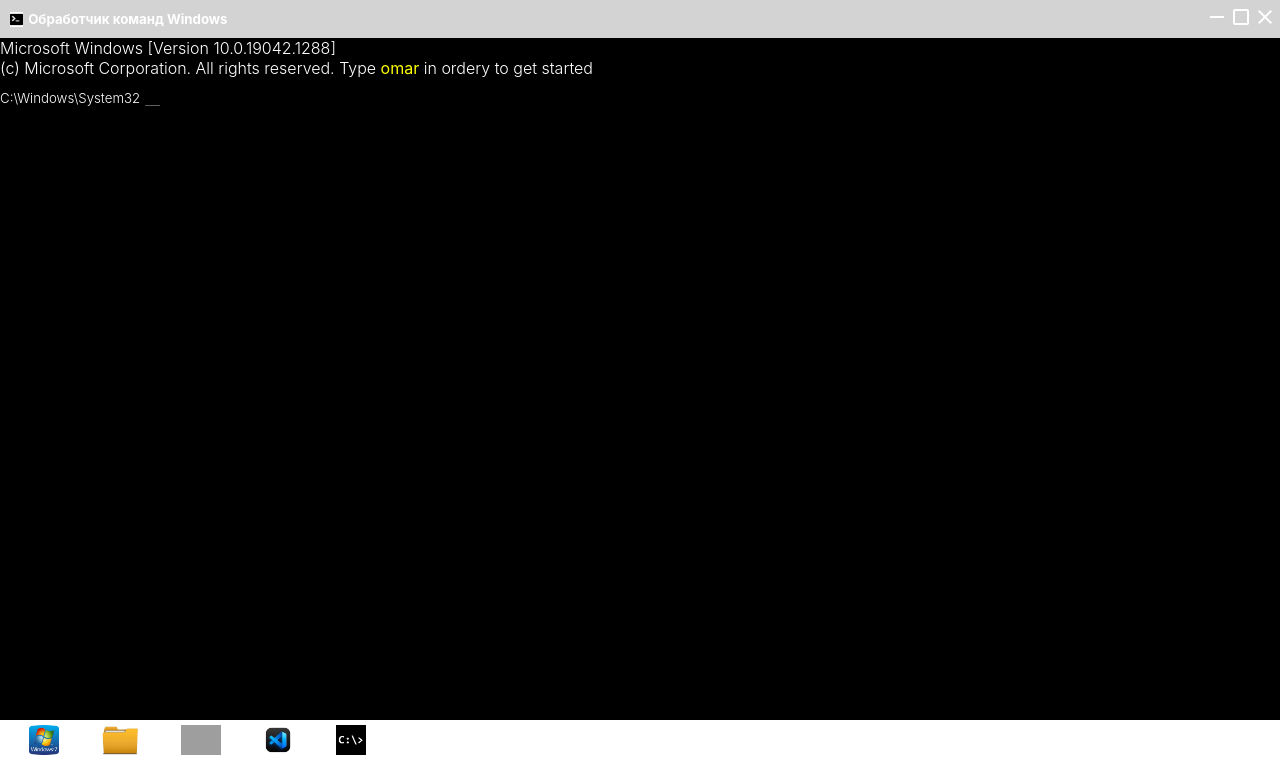
Repository: om1ars/cmd-port
Page: /
An editor plug-in stored every save of this project. The page is shown before and after the next save, followed by the edit.
The browser window is 1280 px wide. The pictures show the whole page.
Pictures or frames that could not be fetched are drawn as grey boxes. The project was rebuilt for these pictures with package versions that can differ from the ones it lists, and the page was loaded fresh each time. Also part of the build but not shown: src/Footer.js.

Above is the page before, as saved 2021-11-04 17:15:02.

### src/index.css
* {
  margin: 0;
  overflow-x: hidden;
}
body {
  margin: 0;
  font-family: -apple-system, BlinkMacSystemFont, 'Segoe UI', 'Roboto', 'Oxygen',
    'Ubuntu', 'Cantarell', 'Fira Sans', 'Droid Sans', 'Helvetica Neue',
    sans-serif;
  -webkit-font-smoothing: antialiased;
  -moz-osx-font-smoothing: grayscale;
}

code {
  font-family: source-code-pro, Menlo, Monaco, Consolas, 'Courier New',
    monospace;
}

### src/App.js
import { Close, CropSquare, Fastfood, Remove } from "@material-ui/icons";
import { useState } from "react";
import cmd from "./assets/cdm3.png";
import { Footer } from "./Footer";
import "./styles.css";
import cdm from "./assets/cdm.png";
import vs from "./assets/vs.jpg";
import google from "./assets/google.png";
import folderd from "./assets/folderd.jpg";
import windows from "./assets/windows.jpg";


function App() {
  const [state, setState] = useState("");
  const [stateSecond, setStateSecond] = useState("");
  const [omar, setOmar] = useState("");
  const [please, setPlease] = useState("");
  const [port, setPort] = useState("");
  const [about, setAbout] = useState("");
  const [exit, setExit] = useState("");
  const [shrink, setShrink] = useState(false);
  const [closeIcon, setCloseIcon] = useState(false);

  console.log(state);

  const handleSubmit = (e) => {
    e.preventDefault();
    setState("");
  };

  const handleSubmitSecond = (e) => {
    e.preventDefault();
    setStateSecond("");
  };

  const handleClick = () => {
    if (state === "omar") {
      setOmar("omar");
      setPlease("");
    } else if (state === "") {
      setPlease("Please type something otherwise you can not see anything");
      setOmar("");
    }
  };
  const handleClickSecond = () => {
    if (stateSecond === "exit") {
      setExit("exited");
      setAbout("");
      setPort("");
    } else if (stateSecond === "port") {
      setPort("port");
      setAbout("");
      setExit("");
    } else if (stateSecond === "about") {
      setPort("about");
      setAbout("");
      setExit("");
    }
  };

  const handleShrink = () => {
    setShrink(!shrink);
  };

  const handleCloseIcon = () => {
    setCloseIcon(!closeIcon);
  };

  return (
    <div className="app">
      <div
        className={`App__container ${shrink && `shrink`} ${
          closeIcon && `close`
        }`}
      >
        <div className="App__navbar">
          <div className="left">
            <img src={cmd} />
            <h5>Обработчик команд Windows</h5>
          </div>
          <div className="right">
            <Remove />
            <CropSquare onClick={handleShrink} />
            <Close onClick={handleCloseIcon} />
          </div>
        </div>
        <div className="app__context">
          <p>
            Microsoft Windows [Version 10.0.19042.1288] <br /> (c) Microsoft
            Corporation. All rights reserved. Type <span> omar </span> in ordery
            to get started
          </p>
          <h5>
            C:\Windows\System32
            <form onSubmit={handleSubmit}>
              <input
                value={state}
                onChange={(e) => setState(e.target.value)}
                type="text"
                placeholder="__"
              />
              <button type="submit" onClick={handleClick}></button>
            </form>
          </h5>
          {please && <h1>{please}</h1>}
          {omar && (
            <div className="second__layer">
              <h1>My name is Omar and I am a Fullstack Developer</h1>
              <p>
                Type <span>port</span> to get my portfolio
              </p>
              <p>
                Type <span>about</span> to get about me
              </p>
              <p>
                Type <span>exit</span> to quit
              </p>
              <h5>
                C:\Windows\System32
                <form onSubmit={handleSubmitSecond}>
                  <input
                    value={stateSecond}
                    onChange={(e) => setStateSecond(e.target.value)}
                    type="text"
                    placeholder="__"
                  />
                  <button type="submit" onClick={handleClickSecond}></button>
                </form>
              </h5>
            </div>
          )}
          {port && <p className="">{port}</p>}
          {about && <p className="">{about}</p>}
          {exit && <p className="">{exit}</p>}
        </div>
      </div>
      <div className="footer">
        <div className="icons">
          <div>
            <img className="windows" src={windows} />
          </div>
          <div>
            <img src={folderd} />
          </div>
          <div>
            <img src={google} />
          </div>
          <div>
            <img src={vs} />
          </div>
          <div>
            <img src={cdm} />
          </div>
        </div>
        <div className="hours"></div>
      </div>
    </div>
  );
}

export default App;

### src/styles.css
.App__container {
  background-color: black;
  min-height: 100vh;
  color: white;
}
.App__navbar {
  /* height: 25px; */
  width: 99%;
  padding-right: 25px;
  background-color: lightgray;
  padding-left: 10px;
  padding-top: 5px;
  display: flex;
  padding-bottom: 5px;
  align-items: center;
}
.App__navbar > h5 {
  color: black;
}
.left {
  display: flex;
  align-items: center;
}
.left > img {
  height: 15px;
  margin-right: 5px;
  object-fit: contain;
}

.app__context > p {
  font-weight: 300;
}
.app__context > h5 {
  margin-top: 12px;
  font-weight: 300;
  margin-right: 5px;
}

input {
  border: none;
  outline: none;
  width: 80%;
  background-color: black;
}
input {
  color: yellow;
  margin-left: 3px;
}
button {
  display: none;
}
.app__context > h5 {
  display: flex;
}
.app__context > p > span {
  color: yellow;
  font-weight: 400;
}
.App__navbar {
  display: flex;
  align-items: center;
  justify-content: space-between;
}
.please {
  color: yellow;
  font-weight: 400;
}

.second__layer {
  display: flex;
  flex-direction: column;
}
.second__layer > p > span {
  color: yellow;
  font-weight: 400;
  margin-bottom: 10px;
}

.second__layer > h5 {
  margin-top: 25px;
}
.shrink {
  width: 800px;
  min-height: 500px;
  margin: auto;
}
.close {
  display: none;
}


.footer {
  display: flex;
  justify-content: space-between;
  align-items: center;
  padding: 5px 8px;
}

.icons {
  display: flex;
  align-items: center;
  justify-content: space-around;
  flex: 0.3;
}
.icons > div > img {
  height: 30px;
  object-fit: contain;
  cursor: pointer;
}
.icons > div:hover {
  background-color: gray;
}
.windows {
  /* margin-right: 20px; */
}

.app {
  position: relative;
}

Loaded but not shown: public/index.html (common file); src/index.js (common file)

After the next save:
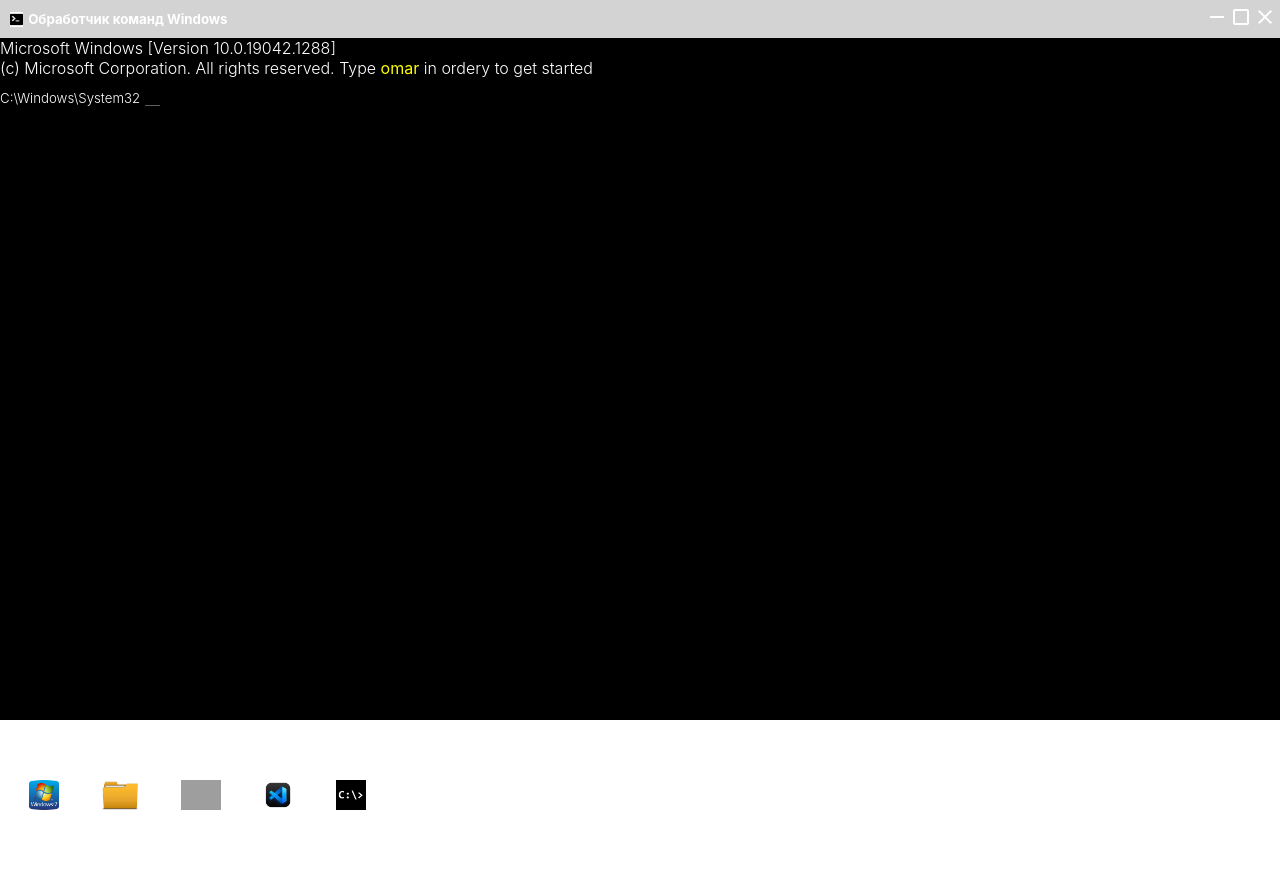
Saved 108 s later.
--- a/src/styles.css
+++ b/src/styles.css
@@ -94,6 +94,7 @@
   justify-content: space-between;
   align-items: center;
   padding: 5px 8px;
+  min-height: 20vh;
 }
 
 .icons {

After the save that followed:
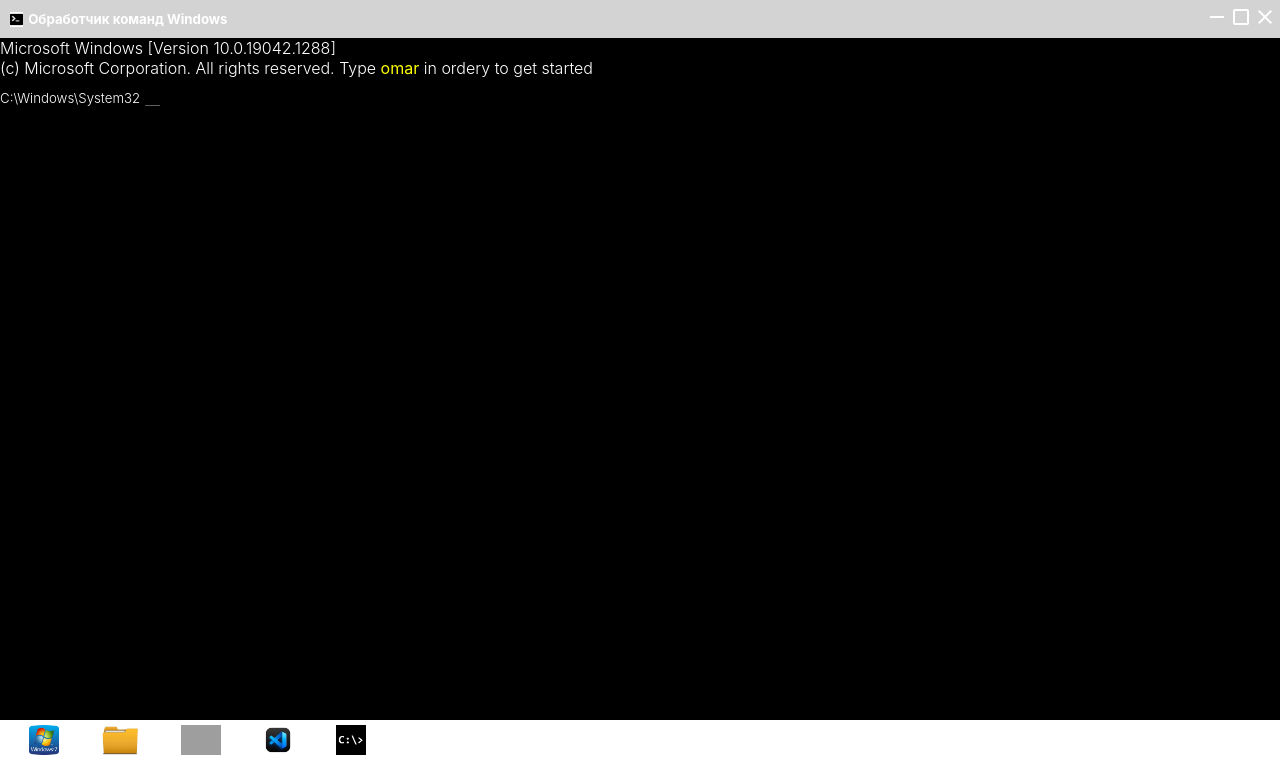
Saved 6 s later.
--- a/src/styles.css
+++ b/src/styles.css
@@ -94,7 +94,7 @@
   justify-content: space-between;
   align-items: center;
   padding: 5px 8px;
-  min-height: 20vh;
+  max-height: 20vh;
 }
 
 .icons {
